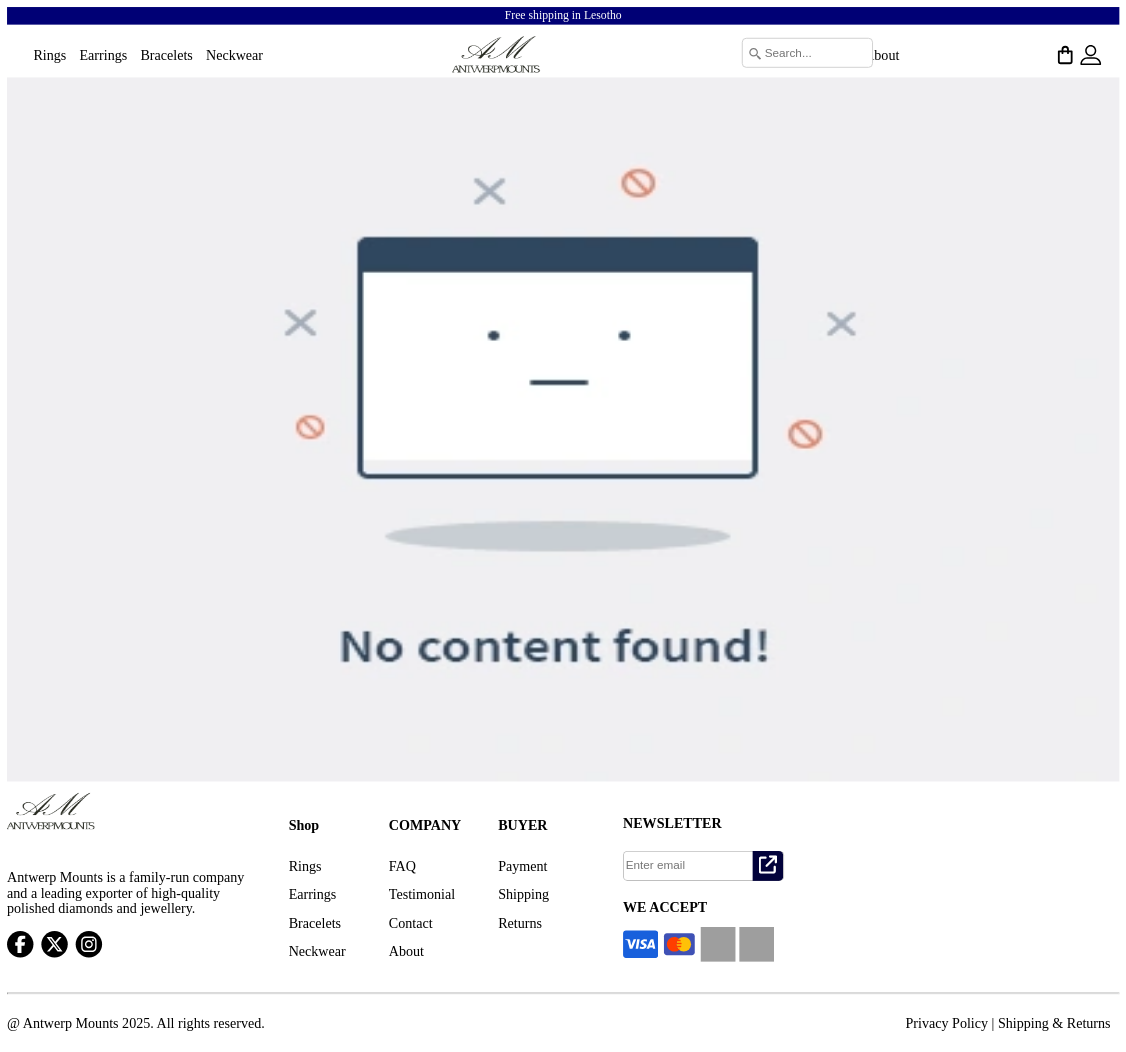
Repository: kea-0424/Web-Development-Project-1
Page: First_collaboration/JewelarySite.html
The author's editor kept a copy of each file at every save. The page is drawn from the files as they stood at one save, then again after a run of saves.
The browser window is 1280 px wide. The pictures show the whole page, at 88% of full size.
Pictures or frames that could not be fetched are drawn as grey boxes.

Above is the page before, as saved 2025-01-23 12:52:11.

After the next 5 saves:
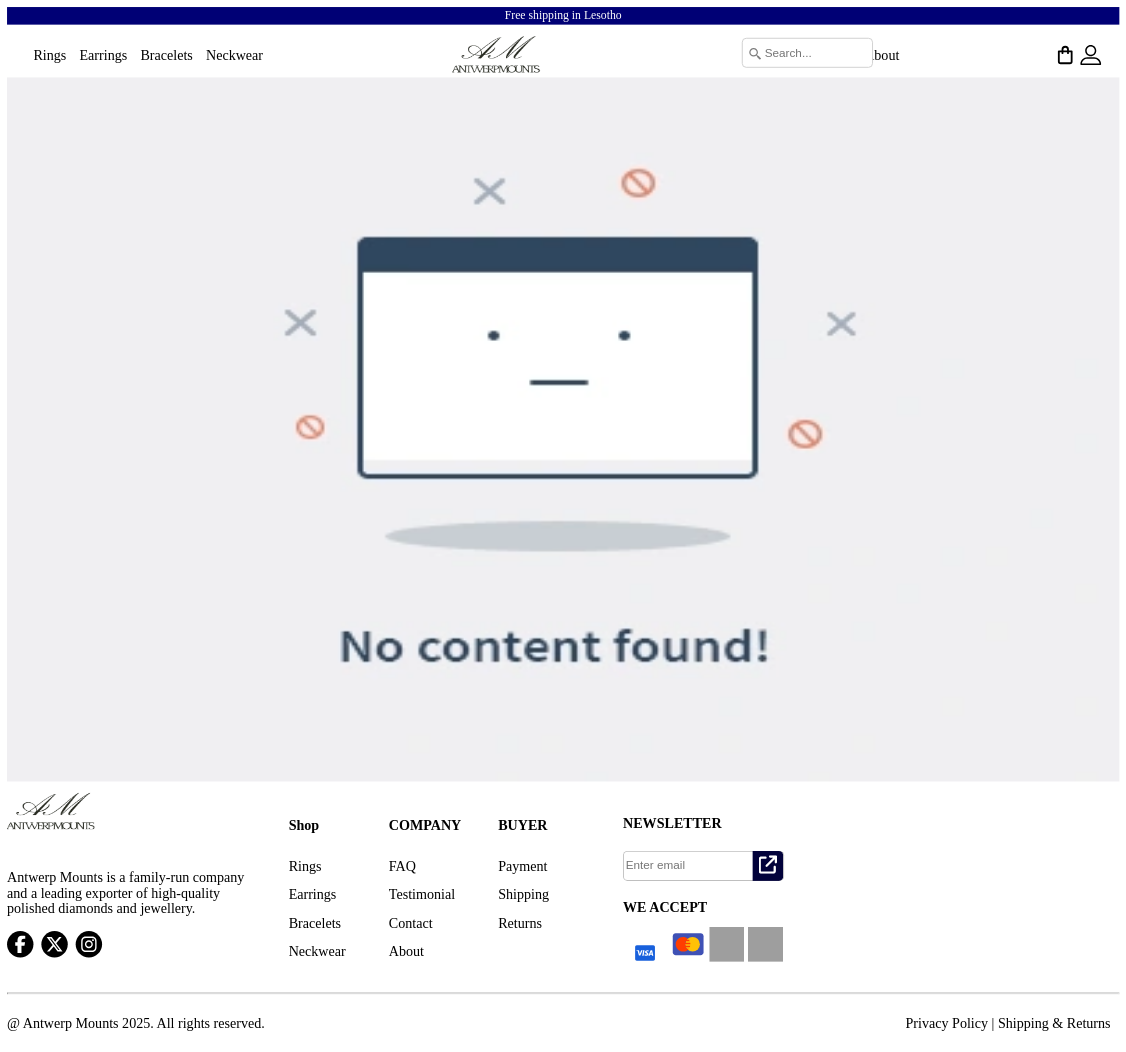
The 5 saves are shown as one change because they came seconds apart.
The last was saved 19 s later.
--- a/First_collaboration/JewelarySite.css
+++ b/First_collaboration/JewelarySite.css
@@ -191,7 +191,9 @@
     width: 40px;
 }
 #visa {
-
+    height: 20px;
+    width: 50px;
+}
 }
 #visa:hover, #mastercard:hover, #paypal:hover, #skrill:hover {
     height: 50px;

After the save that followed:
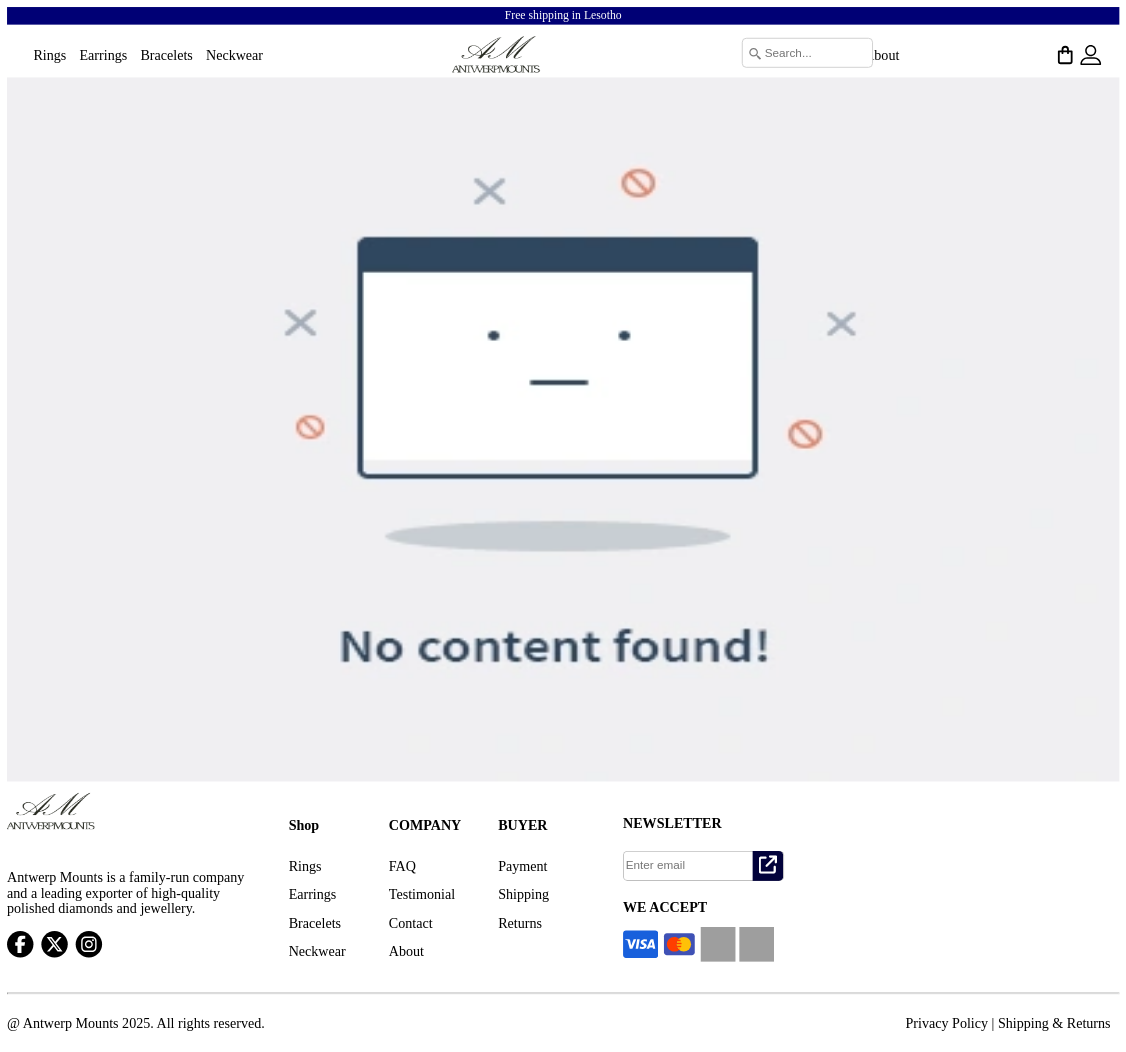
Saved 7 s later.
--- a/First_collaboration/JewelarySite.css
+++ b/First_collaboration/JewelarySite.css
@@ -191,8 +191,6 @@
     width: 40px;
 }
 #visa {
-    height: 20px;
-    width: 50px;
 }
 }
 #visa:hover, #mastercard:hover, #paypal:hover, #skrill:hover {
